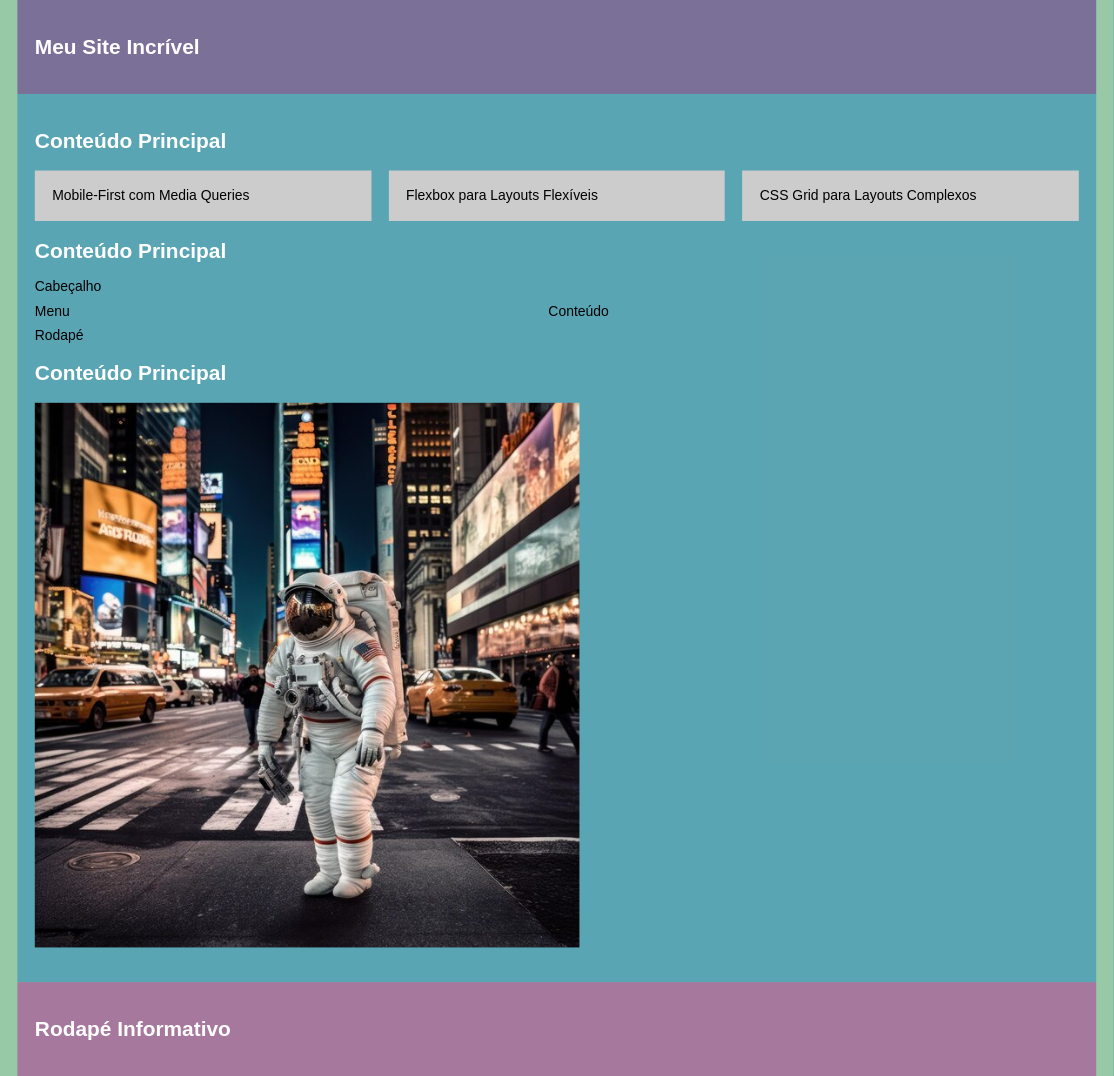
Repository: douglasabnovato/model-lp
Page: index.html
The author's editor kept a copy of each file at every save. The page is drawn from the files as they stood at one save, then again after a run of saves.
The browser window is 1280 px wide. The pictures show the whole page, at 87% of full size.

Above is the page before, as saved 2025-02-25 11:23:58.

After the next 2 saves:
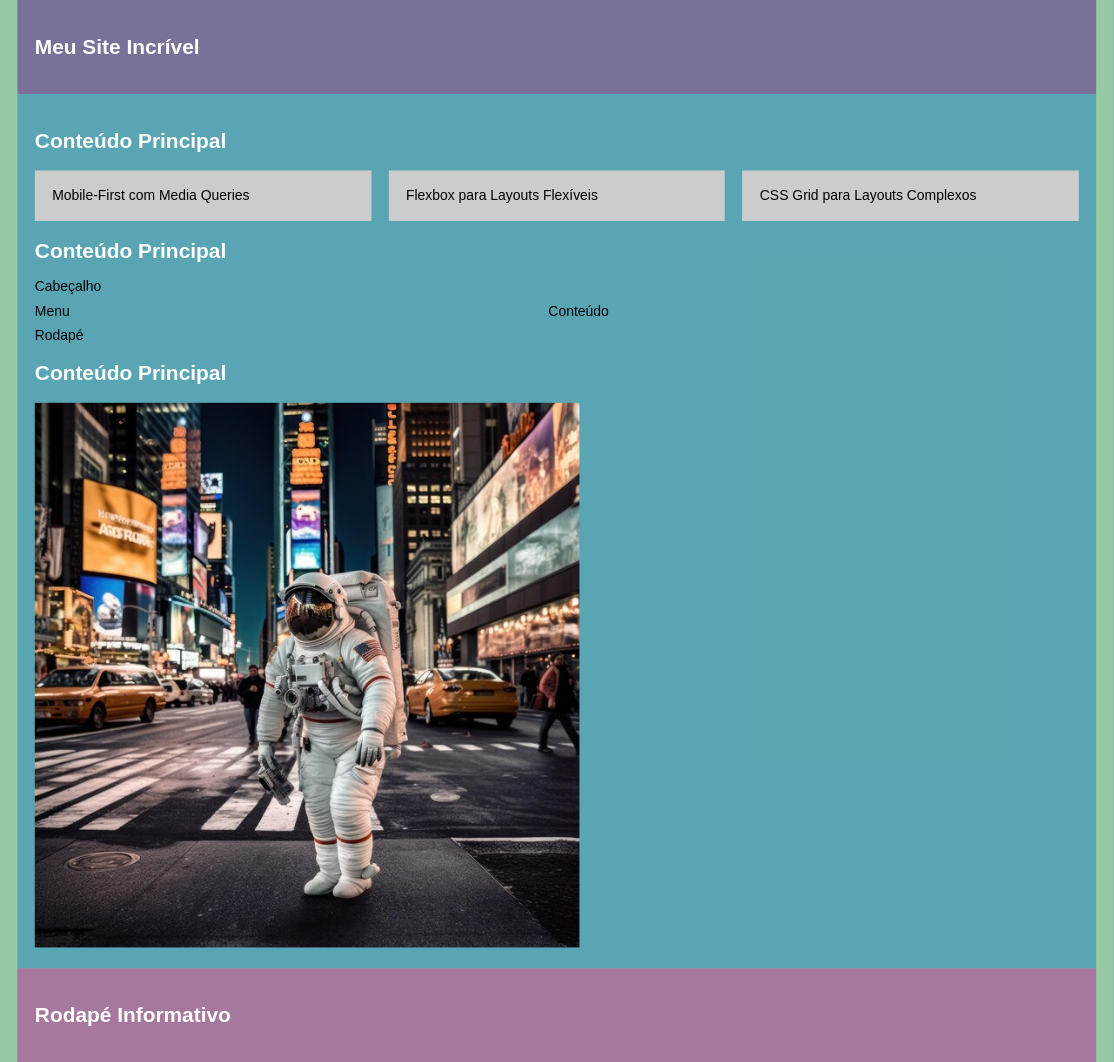
The 2 saves are shown as one change because they came seconds apart.
The last was saved 25 s later.
--- a/index.html
+++ b/index.html
@@ -27,7 +27,7 @@
       </div>
 
       <h2>Conteúdo Principal</h2>
-      <div class="grid-container">
+      <div>
         <img
           src="./assets/astronauta-626.jpg"
           alt="Astronauta"
